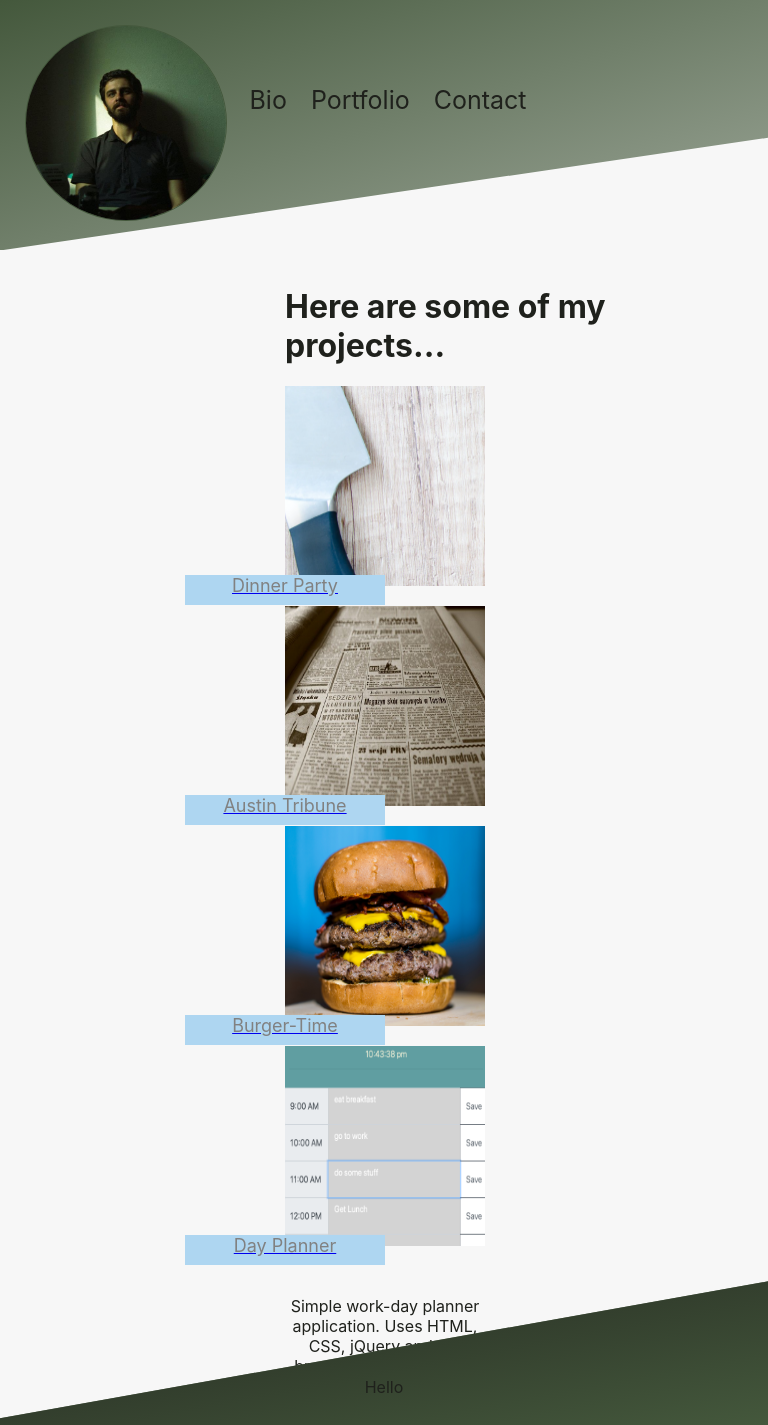
Repository: joeldelatte/react-portfolio
Page: /portfolio (app in client/)
An editor plug-in stored every save of this project. The page is shown before and after the next save, followed by the edit.
The browser window is 768 px wide. The pictures show the whole page.
The project was rebuilt for these pictures with package versions that can differ from the ones it lists, and the page was loaded fresh each time. Also part of the build but not shown: client/src/App.css, client/src/Components/Bio/Bio.js, client/src/Components/Contact/Contact.js.

Above is the page before, as saved 2020-07-10 23:37:41.

### client/public/index.html
<!doctype html>
<html lang="en">
  <head>
    <meta charset="utf-8">
    <meta name="viewport" content="width=device-width, initial-scale=1, shrink-to-fit=no">
    <meta name="theme-color" content="#000000">
    <!--
      manifest.json provides metadata used when your web app is added to the
      homescreen on Android. See https://developers.google.com/web/fundamentals/engage-and-retain/web-app-manifest/
    -->
    <link rel="manifest" href="%PUBLIC_URL%/manifest.json">
    <link rel="shortcut icon" href="%PUBLIC_URL%/favicon.ico">
    <!--
      Notice the use of %PUBLIC_URL% in the tags above.
      It will be replaced with the URL of the `public` folder during the build.
      Only files inside the `public` folder can be referenced from the HTML.

      Unlike "/favicon.ico" or "favicon.ico", "%PUBLIC_URL%/favicon.ico" will
      work correctly both with client-side routing and a non-root public URL.
      Learn how to configure a non-root public URL by running `npm run build`.
    -->
    <title>Joel Delatte</title>
  </head>
  <body>
    <noscript>
      You need to enable JavaScript to run this app.
    </noscript>
    <div id="root"></div>
    <!--
      This HTML file is a template.
      If you open it directly in the browser, you will see an empty page.

      You can add webfonts, meta tags, or analytics to this file.
      The build step will place the bundled scripts into the <body> tag.

      To begin the development, run `npm start` or `yarn start`.
      To create a production bundle, use `npm run build` or `yarn build`.
    -->
  </body>
</html>

### client/src/index.css
body {
  height:100%;
  min-height: 100%;
  margin: 0;
  padding: 0;
  border: 0;
  font-family: -apple-system, BlinkMacSystemFont, 'Segoe UI', 'Roboto', 'Oxygen',
    'Ubuntu', 'Cantarell', 'Fira Sans', 'Droid Sans', 'Helvetica Neue',
    sans-serif;
  -webkit-font-smoothing: antialiased;
  -moz-osx-font-smoothing: grayscale;
  background-color: rgb(247, 247, 247);
  color: rgb(31,33,28);
}

code {
  font-family: source-code-pro, Menlo, Monaco, Consolas, 'Courier New',
    monospace;
}

### client/src/App.js
import React from 'react';
import {BrowserRouter as Router, Route, Switch, Link} from "react-router-dom";
import './App.css';
import Bio from "./Components/Bio/Bio";
import Nav from "./Page/Nav";
import Contact from "./Components/Contact/Contact";
import Portfolio from "./Components/Portfolio/Portfolio";

export default function App() {
  return (
    <>
      <Router>
        <Nav />
        <Switch>
          <Route exact path="/">
            <Bio />
          </Route>
          <Route exact path="/contact">
            <Contact />
          </Route>
          <Route exact path="/portfolio">
            <Portfolio />
          </Route>
        </Switch>
      </Router>
    </>
  );
}

### client/src/Page/Nav.js
import React from "react";
import {BrowserRouter as Router, Route, Switch, Link} from "react-router-dom";
import Avatar from "./Avatar";
import "./Page.css";

function Nav () {
    return (
      <div className="header">
        <Avatar />
        <div className="nav">
          <Link to="/">Bio</Link>
          <Link to="/portfolio">Portfolio</Link>
          <Link to="/contact">Contact</Link>
        </div>
      </div>
    );
};

export default Nav;

### client/src/Components/Portfolio/Portfolio.js
import React from "react";

import Dayplanner from "../Portfolio/images/dayplanner.png";
import NewsPaper from "../Portfolio/images/austin1.jpeg";
import Burger from "../Portfolio/images/burger.jpg"
import Knife from "../Portfolio/images/knife.png"

import './portfolio.css';

export default function Portfolio() {


    return (
      <>
        <div className="portfolio">
          <h1>Here are some of my projects...</h1>
          <div className="projectBox">
            <a
              href="https://rocky-meadow-16617.herokuapp.com/"
              target="_blank"
              rel="noopener noreferrer"
            >
              <img className="projectPhoto" src={Knife}></img>
              <section className="projectLabel">Dinner Party</section>
            </a>
            <p>
              A party planner for home chefs. Post invitations or RSVP to
              parties. Uses MySql, Sequellize ORM, Express.js, React Node.
              <br></br>
              See the github repository{" "}
              <a href="https://github.com/joeldelatte/Poject_3_Dinner_Party">
                here
              </a>
              .
            </p>
          </div>
          <div className="projectBox">
            <a
              href="https://mmoritz8.github.io/Project-1/Joel_art/arts.html"
              target="_blank"
              rel="noopener noreferrer"
            >
              <img className="projectPhoto" src={NewsPaper}></img>
              <section className="projectLabel">Austin Tribune</section>
            </a>
            <p>
              A local news site built in a team environment using jQuery, Node,
              Express.js server and REST APIs.
              <br></br>
              See the github repository{" "}
              <a href="https://github.com/mmoritz8/Project-1">here</a>.
            </p>
          </div>
          <div className="projectBox">
            <a
              href="https://boiling-lowlands-78090.herokuapp.com/"
              target="_blank"
              rel="noopener noreferrer"
            >
              <img className="projectPhoto" src={Burger}></img>
              <section className="projectLabel">Burger-Time</section>
            </a>
            <p>
              A burger logger made with MySQL, a custom ORM, Node, Express, and
              Handlebars.
              <br></br>
              See the github repository{" "}
              <a href="https://github.com/joeldelatte/eat-da-burger">here</a>.
            </p>
          </div>
          <div className="projectBox">
            <a
              href="https://joeldelatte.github.io/day-planner/"
              target="_blank"
              rel="noopener noreferrer"
            >
              <img className="projectPhoto" src={Dayplanner}></img>
              <section className="projectLabel">Day Planner</section>
            </a>
            <p>
              Simple work-day planner application. Uses HTML, CSS, jQuery and
              the browser's local storage.
              <br></br>
              See the github repository{" "}
              <a href="https://github.com/joeldelatte/day-planner">here</a>.
            </p>
          </div>
        </div>
        <footer>Hello</footer>
      </>
    );
}

### client/src/Components/Bio/bio.css
.container {
    position: relative;
}

.bio {
    min-height: 100%;
    padding: 15px;
    max-width: 50%;
    margin: 0 auto;
    text-align: center;
    padding-bottom: -5rem;
}

.bio p {
    text-align: center;
}

footer {
  height: 3rem;
  padding-top: 6rem;
  /* background-color: rgb(68,88,60); */
  background-image: linear-gradient(to right bottom, rgba(31,33,28, 1), rgba(68,88,60, 0.501));
  -webkit-clip-path: polygon(0 95%, 100% 0, 100% 100%, 0 100%);
  clip-path: polygon(0 95%, 100% 0, 100% 100%, 0 100%);
  text-align: center;
}


    @media only screen and (max-width: 768px) {
        .viewContainer {
            margin-left: 110px;
        }
    }

### client/src/Page/Avatar.js
import React from "react";
import Portrait from "./images/joel_d.png"
import "./Page.css";

function Avatar () {

    return (
      <div>
          <img src={Portrait} alt="avatar"  className="avatar" />
      </div>
    );
};

export default Avatar;

### client/src/Page/Page.css
.header {
  height: 38%;
  background-image: linear-gradient(to right bottom, rgba(68,88,60, 1), rgba(68,88,60, 0.501));
  background-size: cover;
  background-position: top;
  position: relative;
  -webkit-clip-path: polygon(0 0, 100% 0, 100% 55%, 0 100%);
  clip-path: polygon(0 0, 100% 0, 100% 55%, 0 100%);
  position: relative;
}

  .avatar {
    border: 1px solid;
    border-color: rgb(68,88,60);
    display: inline;
    max-width: 200px;
    max-height: 200px;
    border-radius: 100%;
    margin: 25px;
    }

.nav {
    position: absolute;
    top: 40%;
    left: 50%;
    transform: translate(-50%, -50%);
    text-align: center;
}

.nav a {
    padding: 6px 8px 6px 16px;
    text-decoration: none;
    font-size: 25px;
    color: rgb(31,33,28);
    display: inline;
    text-align: center;
  }

.nav a:hover {
    color: #f1f1f1;
}

### client/src/Components/Contact/contact.css
.container {
  position: relative;
}
.contact {
    min-height: 100%;
    padding: 15px;
    max-width: 50%;
    margin: 0 auto;
    text-align: center;
    padding-bottom: -5rem;
}

.contact a {
  padding: 6px 8px 6px 16px;
  text-decoration: underline;
  font-size: 18px;
  color: black;
  display: block;
}

.contact a:hover {
  color: #818181;
}

.email-address {
  padding: 6px 8px 6px 16px;
  font-size: 18px;
}

input[type=text], select {
    width: 100%;
    padding: 12px 20px;
    margin: 8px 0;
    display: inline-block;
    border: 1px solid #ccc;
    border-radius: 4px;
    box-sizing: border-box;
  }

  input[type=submit] {
    width: 15%;
    background-color: #4CAF50;
    color: white;
    padding: 14px 20px;
    margin: 8px 0;
    border: none;
    border-radius: 4px;
    cursor: pointer;
  }

  input[type=submit]:hover {
    background-color: #45a049;
  }

textarea {
    width: 100%;
    height: 150px;
    margin: 8px 0;
    padding: 12px 20px;
    box-sizing: border-box;
    border: 1px solid #ccc;
    border-radius: 4px;
    resize: none;
  }

  footer {
    height: 3rem;
    padding-top: 6rem;
    background-color: rgb(68,88,60);
    background-image: linear-gradient(to right bottom, rgba(31,33,28, 0.901), rgba(68,88,60, 0.601));
    -webkit-clip-path: polygon(0 95%, 100% 0, 100% 100%, 0 100%);
    clip-path: polygon(0 95%, 100% 0, 100% 100%, 0 100%);
    text-align: center;
  }

  @media only screen and (max-width: 768px) {
    .contact {
      margin-left: 110px;
    }
  }

### client/src/Components/Portfolio/portfolio.css
.portfolio {
    margin-left: 250px;
    padding: 15px;
}

.portfolio h1 {
    margin-left: 20px;
}

.projectBox {
    width: 200px;
    height: 200px;
    /* float: left; */
    /* position: relative; */
    text-align: center;
    margin: 20px;
}

.projectText {
    width: 200px;
    height: 200px;
    /* float: left; */
    /* position: relative; */
    text-align: center;
    margin-top: 20px;
}

.projectLabel {
    color: #818181;
    text-align: center;
    font-size: large;
    background-color: #aed6f1;
    width: 200px;
    height: 30px;
    padding: 4;
    /* position: absolute;
    top: 80%;
    left: 50%; */
    transform: translate(-50%, -50%);

}

.projectPhoto {
    width: 200px;
    height: 200px;
    /* float: left;
    position: relative; */
    text-align: center;
}

.move {
    padding-left: 45px;
    box-sizing: content-box;
}

footer {
    height: 3rem;
    padding-top: 6rem;
    background-color: rgb(68,88,60);
    background-image: linear-gradient(to right bottom, rgba(31,33,28, 0.901), rgba(68,88,60, 0.601));
    -webkit-clip-path: polygon(0 95%, 100% 0, 100% 100%, 0 100%);
    clip-path: polygon(0 95%, 100% 0, 100% 100%, 0 100%);
    text-align: center;
  }

/* @media only screen and (max-width: 768px) {
    .move {
        padding-left: 130px;
        box-sizing: content-box;
    }
    .portfolio {
        margin-left: 110px;
    }

    .portfolio h1 {
        margin-left: 20px;
    }

    .projectBox {
        width: 200px;
        height: 200px;
        float: left;
        position: relative;
        text-align: center;
        margin: 20px 20px 150px 20px;

    }


}  */

Loaded but not shown: client/src/index.js (common file); client/src/serviceWorker.js (common file)

After the next save:
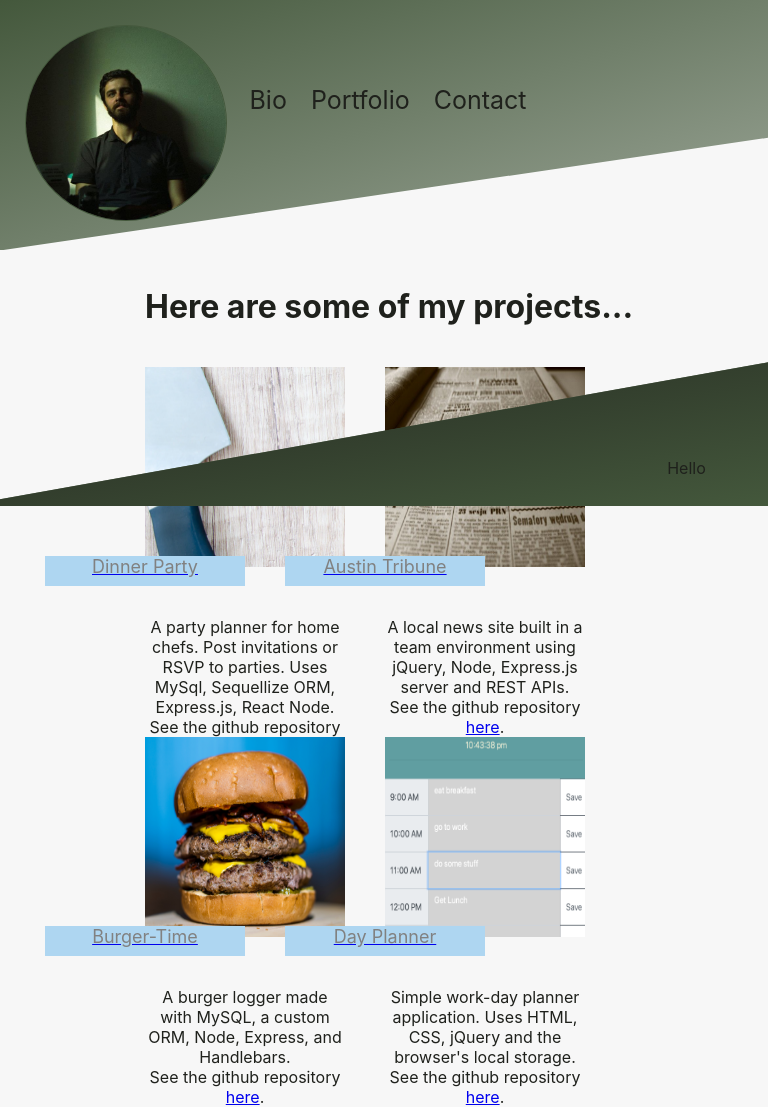
Saved 13 s later.
--- a/client/src/Components/Portfolio/portfolio.css
+++ b/client/src/Components/Portfolio/portfolio.css
@@ -63,7 +63,7 @@ footer {
     text-align: center;
   }
 
-/* @media only screen and (max-width: 768px) {
+@media only screen and (max-width: 768px) {
     .move {
         padding-left: 130px;
         box-sizing: content-box;
@@ -87,4 +87,4 @@ footer {
     }
 
 
-}  */
+}
